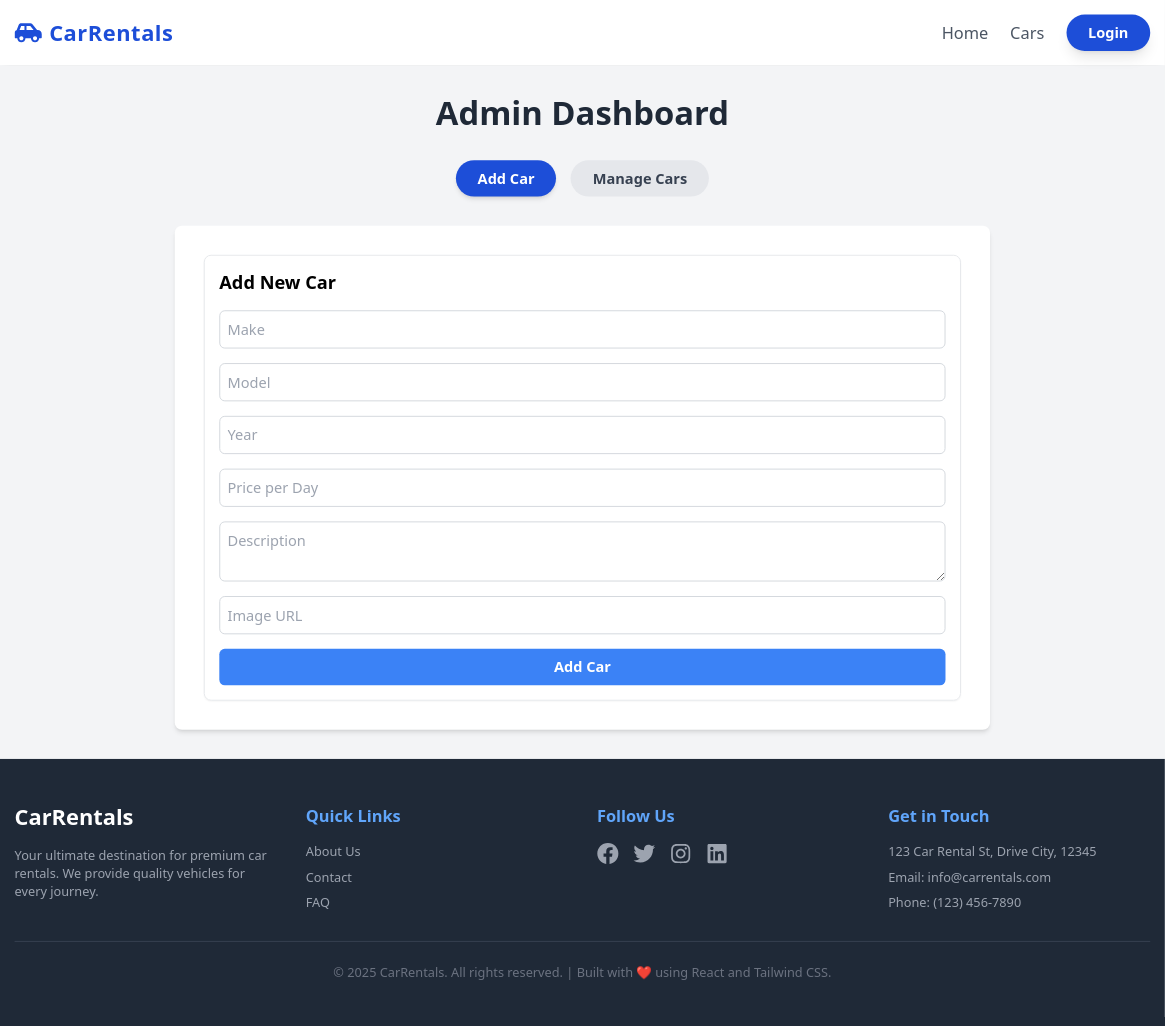
Repository: Daehy-peels/car-rental-app
Page: /admin (app in client/)
An editor plug-in stored every save of this project. The page is shown before and after the next save, followed by the edit.
The browser window is 1280 px wide. The pictures show the whole page, at 91% of full size.
The project was rebuilt for these pictures with package versions that can differ from the ones it lists, and the page was loaded fresh each time. Also part of the build but not shown: client/vite.config.js, client/src/components/Hero.jsx, client/src/components/CarCard.jsx, client/src/services/api.js, client/src/components/FeaturedCars.jsx, client/src/components/Testimonials.jsx, client/src/components/CallToAction.jsx, client/src/components/CarDetail.jsx and 5 more.

Above is the page before, as saved 2025-08-22 13:54:30.

### client/src/main.jsx
// src/main.jsx
import React from "react";
import ReactDOM from "react-dom/client";
import App from "./App.jsx";
import { BrowserRouter } from "react-router-dom";

ReactDOM.createRoot(document.getElementById("root")).render(
  <React.StrictMode>
    <BrowserRouter>
      <App />
    </BrowserRouter>
  </React.StrictMode>
);

### client/src/App.jsx
// src/App.jsx
import React from "react";
import { Routes, Route } from "react-router-dom";
import HomePage from "./pages/HomePage";
import AdminDashboard from "./pages/AdminDashboard";
import AuthPage from "./pages/AuthPage";
import Navbar from "./components/Navbar";
import Footer from "./components/Footer";
import "./index.css";

function App() {
  return (
    <div className="flex flex-col min-h-screen bg-background font-sans antialiased">
      <Navbar />
      <div className="flex-grow">
        <Routes>
          <Route path="/" element={<HomePage />} />
          <Route path="/admin" element={<AdminDashboard />} />
          <Route path="/auth" element={<AuthPage />} />
        </Routes>
      </div>
      <Footer />
    </div>
  );
}

export default App;

### client/src/pages/AdminDashboard.jsx
// src/pages/AdminDashboard.jsx
import React, { useState } from "react";
import AddCarForm from "../components/AddCarForm";
import ManageCars from "../components/ManageCars";
import Navbar from "../components/Navbar";
import Footer from "../components/Footer";

const AdminDashboard = () => {
  const [activeTab, setActiveTab] = useState("addCar");

  const renderContent = () => {
    switch (activeTab) {
      case "addCar":
        return <AddCarForm />;
      case "manageCars":
        return <ManageCars />;
      // You will add 'manageUsers' and 'manageBookings' here later
      default:
        return <AddCarForm />;
    }
  };

  return (
    <div className="bg-background min-h-screen">
      <div className="container mx-auto px-4 py-8">
        <h1 className="text-4xl font-bold text-text mb-8 text-center">
          Admin Dashboard
        </h1>

        {/* Tab Navigation */}
        <div className="flex justify-center space-x-4 mb-8">
          <button
            onClick={() => setActiveTab("addCar")}
            className={`px-6 py-2 rounded-full font-semibold transition-colors ${
              activeTab === "addCar"
                ? "bg-primary text-white shadow-md"
                : "bg-gray-200 text-gray-700 hover:bg-gray-300"
            }`}
          >
            Add Car
          </button>
          <button
            onClick={() => setActiveTab("manageCars")}
            className={`px-6 py-2 rounded-full font-semibold transition-colors ${
              activeTab === "manageCars"
                ? "bg-primary text-white shadow-md"
                : "bg-gray-200 text-gray-700 hover:bg-gray-300"
            }`}
          >
            Manage Cars
          </button>
        </div>

        <div className="max-w-4xl mx-auto bg-white p-6 md:p-8 rounded-lg shadow-md">
          {renderContent()}
        </div>
      </div>
    </div>
  );
};

export default AdminDashboard;

### client/src/components/Navbar.jsx
// src/components/Navbar.jsx
import React, { useState } from "react";
import { FaCarSide, FaBars, FaTimes } from "react-icons/fa";

const Navbar = () => {
  const [isMenuOpen, setIsMenuOpen] = useState(false);

  const toggleMenu = () => {
    setIsMenuOpen(!isMenuOpen);
  };

  return (
    <nav className="bg-white shadow-lg animate-fade-in-down">
      <div className="container mx-auto px-4 py-4 flex justify-between items-center">
        {/* Logo and App Name */}
        <div className="flex items-center space-x-2">
          <FaCarSide className="text-primary text-3xl" />
          <div className="text-2xl font-bold text-primary tracking-wide">
            CarRentals
          </div>
        </div>

        {/* Desktop Navigation Links */}
        <div className="hidden md:flex items-center space-x-6">
          <a
            href="#"
            className="text-gray-600 hover:text-primary transition-colors text-lg font-medium relative group"
          >
            Home
            <span className="absolute bottom-0 left-0 w-full h-0.5 bg-primary transform scale-x-0 group-hover:scale-x-100 transition-transform duration-300"></span>
          </a>
          <a
            href="#"
            className="text-gray-600 hover:text-primary transition-colors text-lg font-medium relative group"
          >
            Cars
            <span className="absolute bottom-0 left-0 w-full h-0.5 bg-primary transform scale-x-0 group-hover:scale-x-100 transition-transform duration-300"></span>
          </a>
          <a
            href="#"
            className="text-white bg-primary hover:bg-secondary px-6 py-2 rounded-full font-semibold transition-all duration-300 shadow-lg transform hover:scale-105"
          >
            Login
          </a>
        </div>

        {/* Mobile menu button */}
        <div className="md:hidden flex items-center">
          <button
            onClick={toggleMenu}
            className="text-gray-600 focus:outline-none"
          >
            {isMenuOpen ? <FaTimes size={24} /> : <FaBars size={24} />}
          </button>
        </div>
      </div>

      {/* Mobile menu content */}
      {isMenuOpen && (
        <div className="md:hidden bg-white shadow-lg py-4 transition-all duration-300 ease-in-out">
          <div className="flex flex-col items-center space-y-4">
            <a
              href="#"
              className="block text-gray-600 hover:text-primary transition-colors text-lg font-medium w-full text-center py-2"
            >
              Home
            </a>
            <a
              href="#"
              className="block text-gray-600 hover:text-primary transition-colors text-lg font-medium w-full text-center py-2"
            >
              Cars
            </a>
            <a href="#" className="block w-full text-center">
              <button className="bg-primary text-white hover:bg-secondary px-6 py-2 rounded-full font-semibold transition-colors w-1/2">
                Login
              </button>
            </a>
          </div>
        </div>
      )}
    </nav>
  );
};

export default Navbar;

### client/src/components/Footer.jsx
// src/components/Footer.jsx
import React from "react";
import { FaFacebook, FaTwitter, FaInstagram, FaLinkedin } from "react-icons/fa";

const Footer = () => {
  return (
    // Removed the mt-12 class
    <footer className="bg-text text-white py-12">
      <div className="container mx-auto px-4 text-center md:text-left">
        <div className="grid grid-cols-1 md:grid-cols-4 gap-8">
          {/* Logo and About Section */}
          <div className="col-span-1">
            <p className="text-2xl font-bold mb-4">CarRentals</p>
            <p className="text-sm text-gray-400">
              Your ultimate destination for premium car rentals. We provide
              quality vehicles for every journey.
            </p>
          </div>

          {/* Quick Links */}
          <div className="col-span-1">
            <h4 className="text-lg font-semibold mb-4 text-accent">
              Quick Links
            </h4>
            <ul className="space-y-2 text-sm">
              <li>
                <a
                  href="#"
                  className="text-gray-400 hover:text-white transition-colors"
                >
                  About Us
                </a>
              </li>
              <li>
                <a
                  href="#"
                  className="text-gray-400 hover:text-white transition-colors"
                >
                  Contact
                </a>
              </li>
              <li>
                <a
                  href="#"
                  className="text-gray-400 hover:text-white transition-colors"
                >
                  FAQ
                </a>
              </li>
            </ul>
          </div>

          {/* Social Media Links */}
          <div className="col-span-1">
            <h4 className="text-lg font-semibold mb-4 text-accent">
              Follow Us
            </h4>
            <div className="flex justify-center md:justify-start space-x-4">
              <a
                href="#"
                className="text-gray-400 hover:text-white transition-colors transform hover:scale-110"
              >
                <FaFacebook size={24} />
              </a>
              <a
                href="#"
                className="text-gray-400 hover:text-white transition-colors transform hover:scale-110"
              >
                <FaTwitter size={24} />
              </a>
              <a
                href="#"
                className="text-gray-400 hover:text-white transition-colors transform hover:scale-110"
              >
                <FaInstagram size={24} />
              </a>
              <a
                href="#"
                className="text-gray-400 hover:text-white transition-colors transform hover:scale-110"
              >
                <FaLinkedin size={24} />
              </a>
            </div>
          </div>

          {/* Contact Info */}
          <div className="col-span-1">
            <h4 className="text-lg font-semibold mb-4 text-accent">
              Get in Touch
            </h4>
            <p className="text-sm text-gray-400">
              123 Car Rental St, Drive City, 12345
            </p>
            <p className="text-sm text-gray-400 mt-2">
              Email: info@carrentals.com
            </p>
            <p className="text-sm text-gray-400 mt-2">Phone: (123) 456-7890</p>
          </div>
        </div>

        <div className="border-t border-gray-700 mt-8 pt-6">
          <p className="text-sm text-gray-500 text-center">
            &copy; {new Date().getFullYear()} CarRentals. All rights reserved. |
            Built with ❤️ using React and Tailwind CSS.
          </p>
        </div>
      </div>
    </footer>
  );
};

export default Footer;

### client/src/index.css
/* client/src/index.css */
@tailwind base;
@tailwind components;
@tailwind utilities;

### client/src/components/AddCarForm.jsx
// src/AddCarForm.jsx
import React, { useState } from "react";

const AddCarForm = () => {
  // State to hold the form data
  const [formData, setFormData] = useState({
    make: "",
    model: "",
    year: "",
    price_per_day: "",
    description: "",
    image_url: "",
  });

  // Handle input changes
  const handleChange = (e) => {
    setFormData({ ...formData, [e.target.name]: e.target.value });
  };

  // Handle form submission
  const handleSubmit = async (e) => {
    e.preventDefault();
    try {
      const response = await fetch("http://localhost:3000/api/cars", {
        method: "POST",
        headers: {
          "Content-Type": "application/json",
        },
        body: JSON.stringify(formData),
      });

      if (response.ok) {
        alert("Car added successfully!");
        setFormData({
          make: "",
          model: "",
          year: "",
          price_per_day: "",
          description: "",
          image_url: "",
        });
      } else {
        alert("Failed to add car.");
      }
    } catch (error) {
      console.error("Error:", error);
      alert("An error occurred. Check the console for details.");
    }
  };

  return (
    <div className="p-4 border border-gray-200 rounded-lg shadow-sm">
      <h2 className="text-xl font-semibold mb-4">Add New Car</h2>
      <form onSubmit={handleSubmit} className="grid gap-4">
        <input
          type="text"
          name="make"
          value={formData.make}
          onChange={handleChange}
          placeholder="Make"
          required
          className="p-2 border border-gray-300 rounded-md"
        />
        <input
          type="text"
          name="model"
          value={formData.model}
          onChange={handleChange}
          placeholder="Model"
          required
          className="p-2 border border-gray-300 rounded-md"
        />
        <input
          type="number"
          name="year"
          value={formData.year}
          onChange={handleChange}
          placeholder="Year"
          required
          className="p-2 border border-gray-300 rounded-md"
        />
        <input
          type="number"
          name="price_per_day"
          value={formData.price_per_day}
          onChange={handleChange}
          placeholder="Price per Day"
          required
          className="p-2 border border-gray-300 rounded-md"
        />
        <textarea
          name="description"
          value={formData.description}
          onChange={handleChange}
          placeholder="Description"
          className="p-2 border border-gray-300 rounded-md"
        ></textarea>
        <input
          type="text"
          name="image_url"
          value={formData.image_url}
          onChange={handleChange}
          placeholder="Image URL"
          className="p-2 border border-gray-300 rounded-md"
        />
        <button
          type="submit"
          className="bg-blue-500 text-white font-bold py-2 px-4 rounded-md hover:bg-blue-600 transition-colors"
        >
          Add Car
        </button>
      </form>
    </div>
  );
};

export default AddCarForm;

### client/tailwind.config.js
// client/tailwind.config.js
/** @type {import('tailwindcss').Config} */
export default {
  content: ["./index.html", "./src/**/*.{js,ts,jsx,tsx}"],
  theme: {
    extend: {
      colors: {
        primary: "#1d4ed8", // A deep blue
        secondary: "#3b82f6", // A lighter blue
        accent: "#60a5fa", // A light accent blue
        background: "#f3f4f6", // A soft gray
        text: "#1f2937", // A dark text color
      },
      keyframes: {
        "fade-in-down": {
          "0%": {
            opacity: "0",
            transform: "translateY(-10px)",
          },
          "100%": {
            opacity: "1",
            transform: "translateY(0)",
          },
        },
        "fade-in-up": {
          "0%": {
            opacity: "0",
            transform: "translateY(10px)",
          },
          "100%": {
            opacity: "1",
            transform: "translateY(0)",
          },
        },
        "fade-in": {
          "0%": {
            opacity: "0",
          },
          "100%": {
            opacity: "1",
          },
        },
        "scale-in": {
          "0%": {
            transform: "scale(0.95)",
            opacity: "0",
          },
          "100%": {
            transform: "scale(1)",
            opacity: "1",
          },
        },
      },
      animation: {
        "fade-in-down": "fade-in-down 0.5s ease-out",
        "fade-in-up": "fade-in-up 0.5s ease-out",
        "fade-in": "fade-in 0.5s ease-out",
        "scale-in": "scale-in 0.3s ease-out",
      },
    },
  },
  plugins: [],
};

Loaded but not shown: client/index.html (common file)

After the next save:
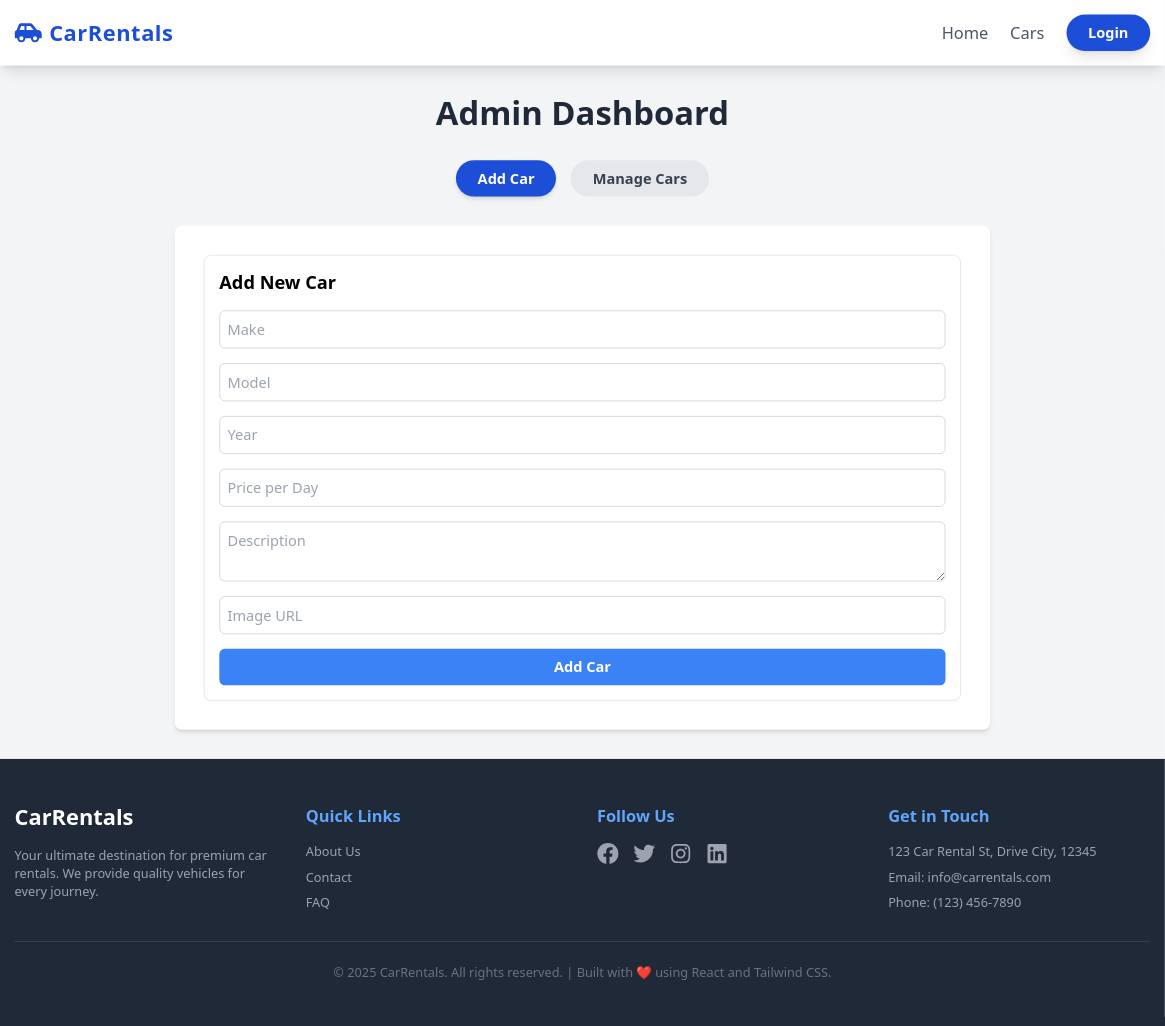
Saved 30 s later.
--- a/client/src/components/Navbar.jsx
+++ b/client/src/components/Navbar.jsx
@@ -1,8 +1,9 @@
 // src/components/Navbar.jsx
 import React, { useState } from "react";
 import { FaCarSide, FaBars, FaTimes } from "react-icons/fa";
+import { Link } from "react-router-dom";
 
-const Navbar = () => {
+const Navbar = ({ onAuthClick }) => {
   const [isMenuOpen, setIsMenuOpen] = useState(false);
 
   const toggleMenu = () => {
@@ -10,7 +11,7 @@ const Navbar = () => {
   };
 
   return (
-    <nav className="bg-white shadow-lg animate-fade-in-down">
+    <nav className="bg-white shadow-lg animate-fade-in-down z-50 relative">
       <div className="container mx-auto px-4 py-4 flex justify-between items-center">
         {/* Logo and App Name */}
         <div className="flex items-center space-x-2">
@@ -22,13 +23,13 @@ const Navbar = () => {
 
         {/* Desktop Navigation Links */}
         <div className="hidden md:flex items-center space-x-6">
-          <a
-            href="#"
+          <Link
+            to="/"
             className="text-gray-600 hover:text-primary transition-colors text-lg font-medium relative group"
           >
             Home
             <span className="absolute bottom-0 left-0 w-full h-0.5 bg-primary transform scale-x-0 group-hover:scale-x-100 transition-transform duration-300"></span>
-          </a>
+          </Link>
           <a
             href="#"
             className="text-gray-600 hover:text-primary transition-colors text-lg font-medium relative group"
@@ -36,12 +37,12 @@ const Navbar = () => {
             Cars
             <span className="absolute bottom-0 left-0 w-full h-0.5 bg-primary transform scale-x-0 group-hover:scale-x-100 transition-transform duration-300"></span>
           </a>
-          <a
-            href="#"
-            className="text-white bg-primary hover:bg-secondary px-6 py-2 rounded-full font-semibold transition-all duration-300 shadow-lg transform hover:scale-105"
+          <button
+            onClick={onAuthClick}
+            className="bg-primary text-white hover:bg-secondary px-6 py-2 rounded-full font-semibold transition-all duration-300 shadow-lg transform hover:scale-105"
           >
             Login
-          </a>
+          </button>
         </div>
 
         {/* Mobile menu button */}
@@ -59,23 +60,23 @@ const Navbar = () => {
       {isMenuOpen && (
         <div className="md:hidden bg-white shadow-lg py-4 transition-all duration-300 ease-in-out">
           <div className="flex flex-col items-center space-y-4">
-            <a
-              href="#"
+            <Link
+              to="/"
               className="block text-gray-600 hover:text-primary transition-colors text-lg font-medium w-full text-center py-2"
             >
               Home
-            </a>
+            </Link>
             <a
               href="#"
               className="block text-gray-600 hover:text-primary transition-colors text-lg font-medium w-full text-center py-2"
             >
               Cars
             </a>
-            <a href="#" className="block w-full text-center">
-              <button className="bg-primary text-white hover:bg-secondary px-6 py-2 rounded-full font-semibold transition-colors w-1/2">
+            <button onClick={onAuthClick} className="block w-full text-center">
+              <span className="bg-primary text-white hover:bg-secondary px-6 py-2 rounded-full font-semibold transition-colors w-1/2">
                 Login
-              </button>
-            </a>
+              </span>
+            </button>
           </div>
         </div>
       )}
